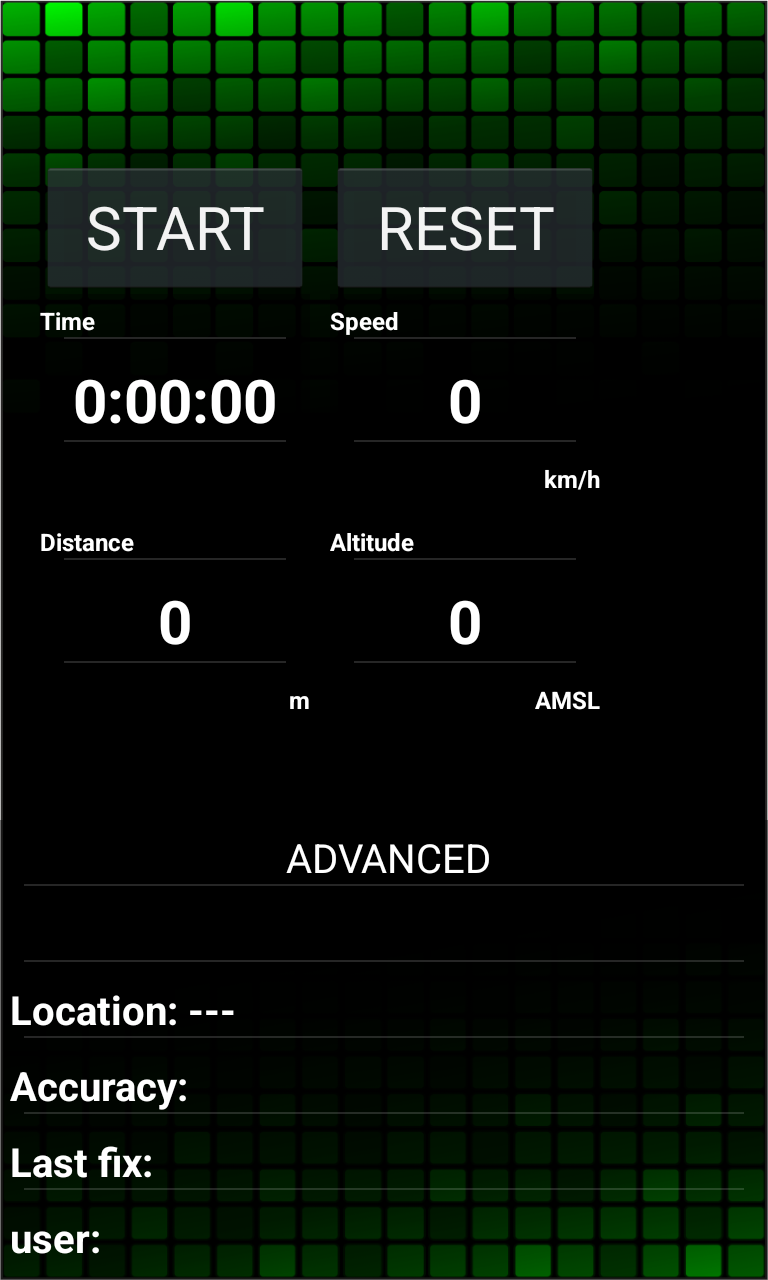
Repository: sebastianR1001/GeoApplication
Layout: GeoApplication/res/layout/activity_fullscreen.xml
An editor plug-in stored every save of this project. The layout is shown before and after the next save, followed by the edit.
It is drawn on a 768 x 1280 px phone screen (xhdpi) without system bars, with theme FullscreenTheme; the app's code is not run.

Above is the layout before, as saved 2014-11-05 08:02:10.

After the next save:
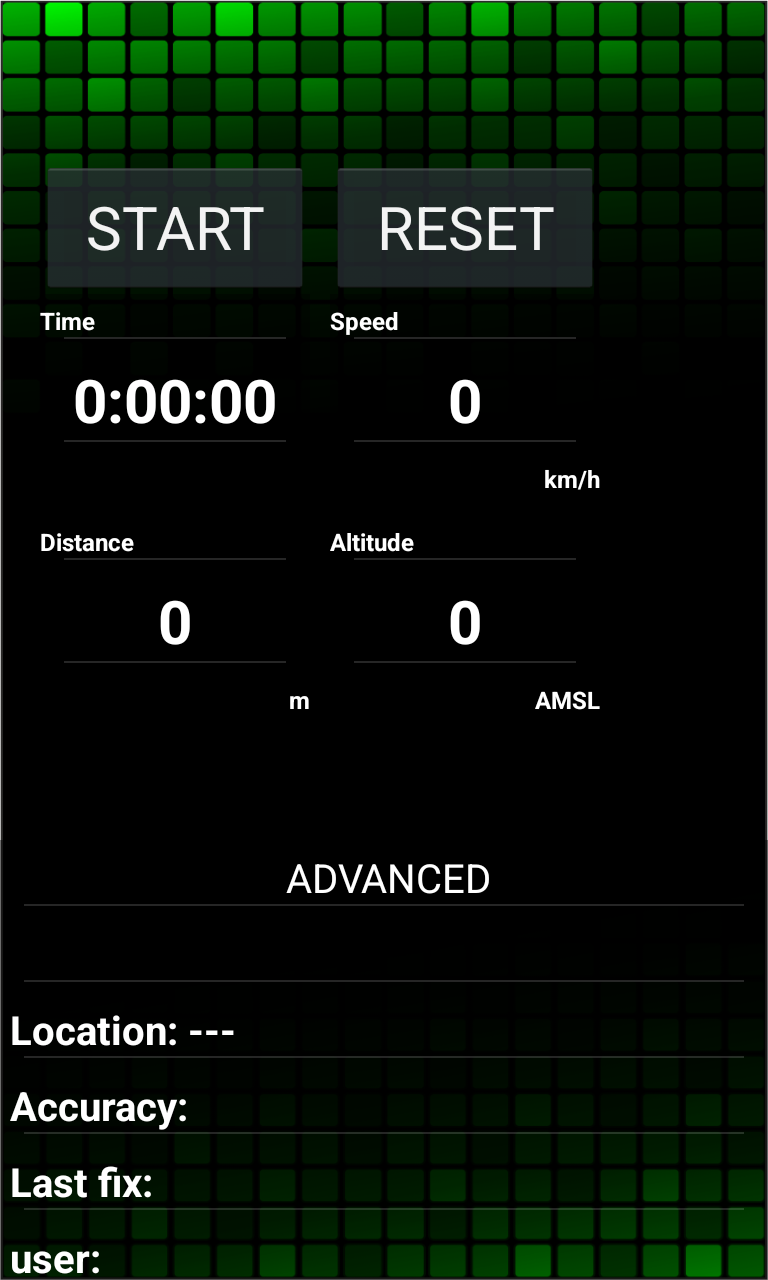
Saved 6 s later.
--- a/GeoApplication/res/layout/activity_fullscreen.xml
+++ b/GeoApplication/res/layout/activity_fullscreen.xml
@@ -255,7 +255,7 @@
 	        style="?metaButtonBarStyle"
 	        android:layout_width="match_parent"
 
-	        android:layout_height="230dp"
+	        android:layout_height="220dp"
 	        android:layout_gravity="bottom|center_horizontal"
 	        android:background="@color/black_overlay"
 	        android:orientation="vertical"
